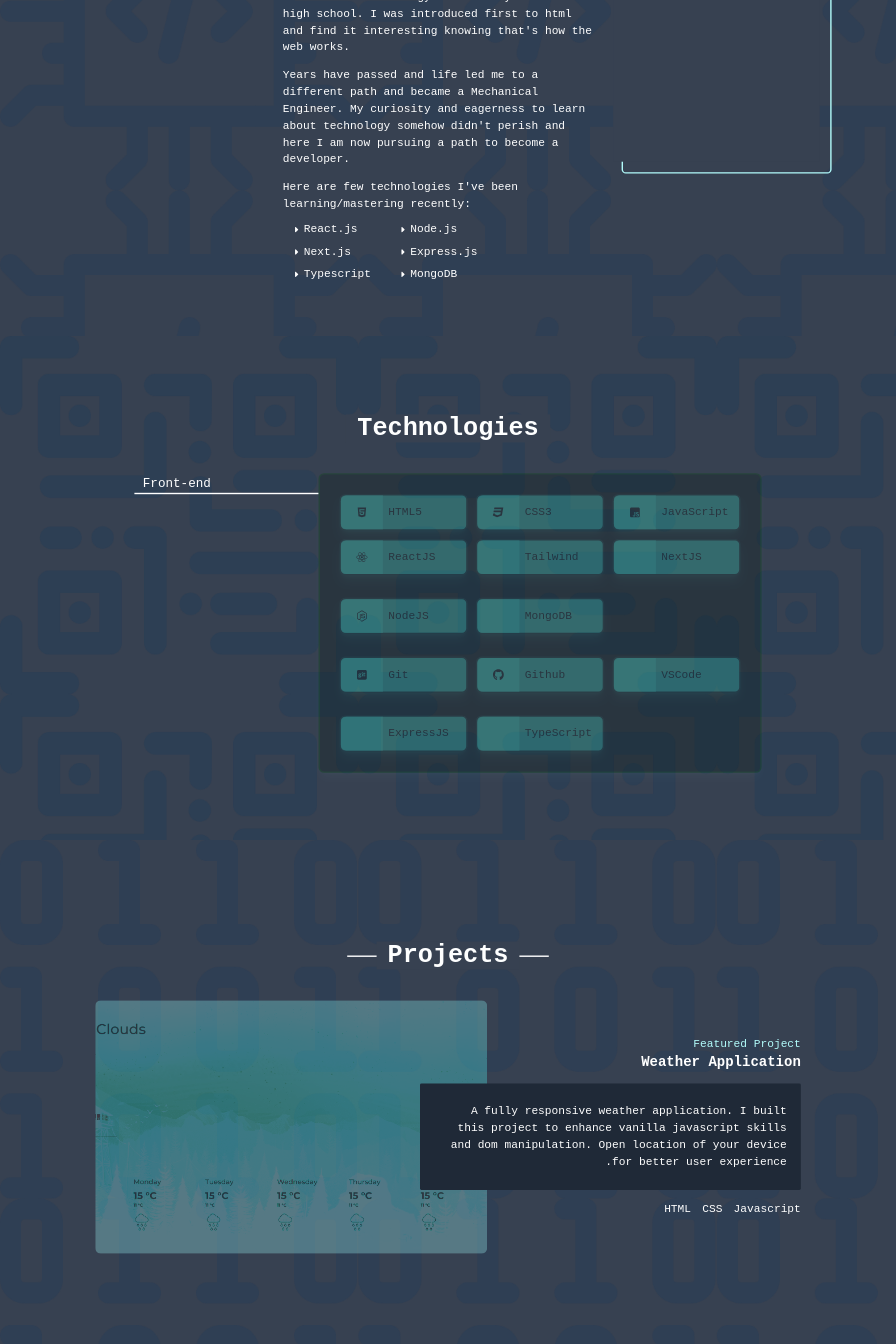
Repository: riandev25/nextjs-portfolio
Page: /
These files come from the project's save history. The page is drawn as it stood at one moment and after the next save; the edit follows.
The browser window is 1280 px wide. The pictures show the part of the page from y = 960 to 2880 px (the page is 2880 px tall), at 70% of full size.
Backgrounds fixed to the window are drawn as part of the page. The project was rebuilt for these pictures with package versions that can differ from the ones it lists, and the page was loaded fresh each time. The framework's server and built-in components were replaced by stand-ins that run in the browser. Also part of the build but not shown: next.config.js, components/Home/Keyboard/index.module.css, components/Home/Keyboard/index.jsx, components/About/Contacts.jsx.

Above is the page before, as saved 2022-11-13 12:39:58.

After the next save:
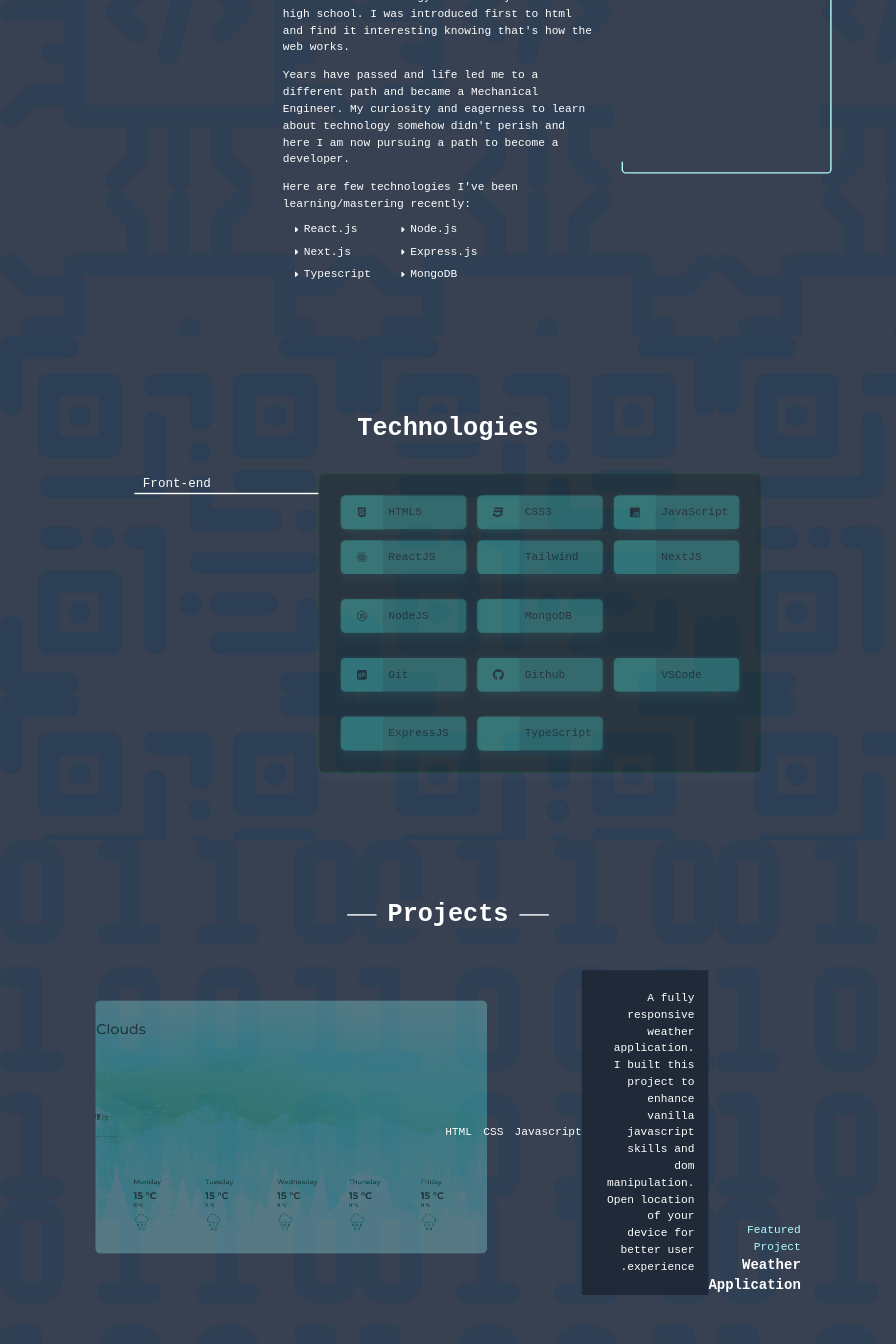
Saved 2 min 44 s later.
--- a/components/Projects/index.jsx
+++ b/components/Projects/index.jsx
@@ -35,7 +35,7 @@
           />
         </section>
         <section
-          className='z-20 w-[23rem] overflow-visible space-y-4 lg:w-[28rem]'
+          className='z-20 w-[23rem] flex overflow-visible space-y-4 lg:w-[28rem]'
           dir='rtl'
         >
           <div className='flex flex-col justify-end items-end' dir='ltr'>

After the save that followed:
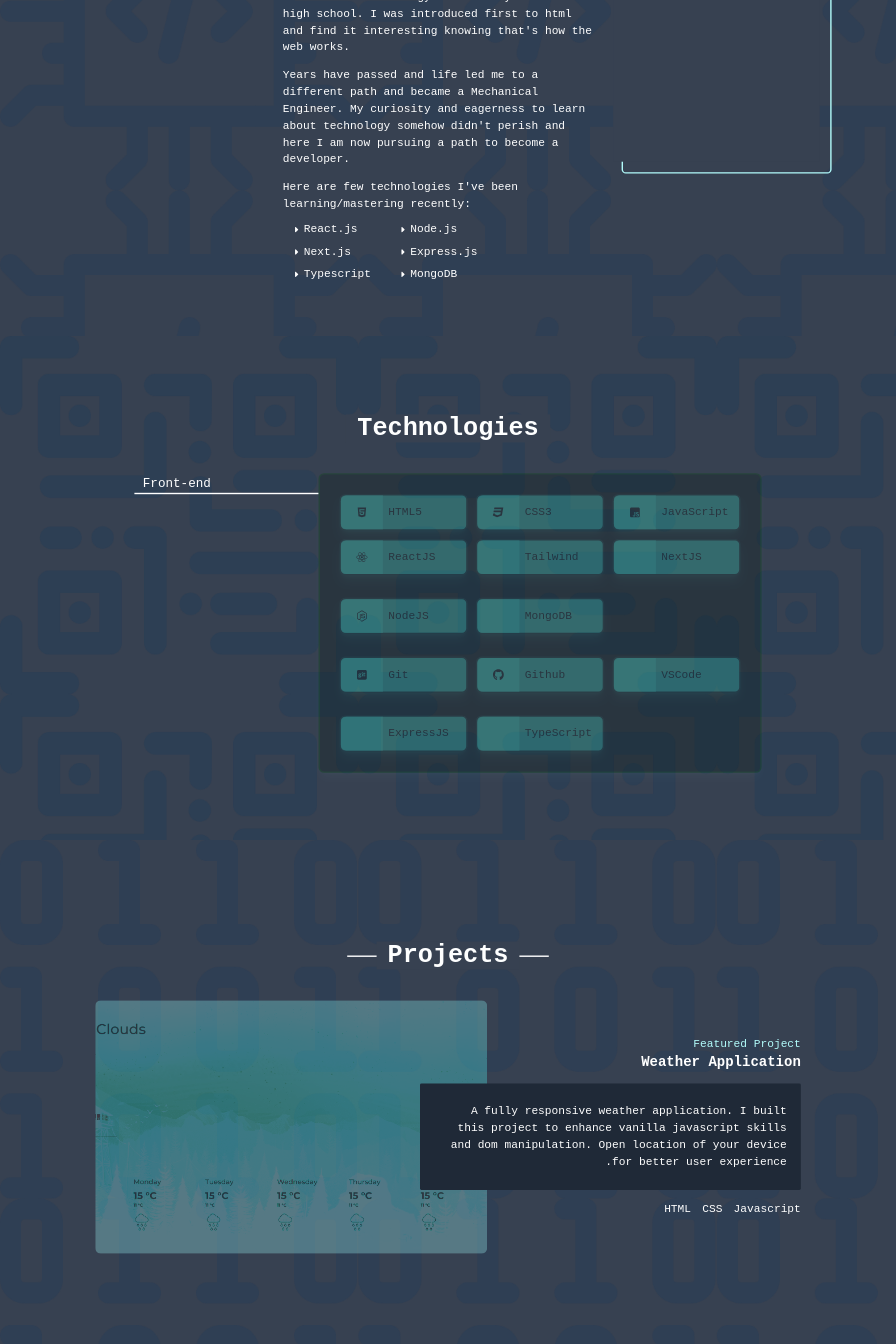
Saved 34 s later.
--- a/components/Projects/index.jsx
+++ b/components/Projects/index.jsx
@@ -35,7 +35,7 @@
           />
         </section>
         <section
-          className='z-20 w-[23rem] flex overflow-visible space-y-4 lg:w-[28rem]'
+          className='z-20 w-[23rem] flex flex-col overflow-visible space-y-4 lg:w-[28rem]'
           dir='rtl'
         >
           <div className='flex flex-col justify-end items-end' dir='ltr'>
